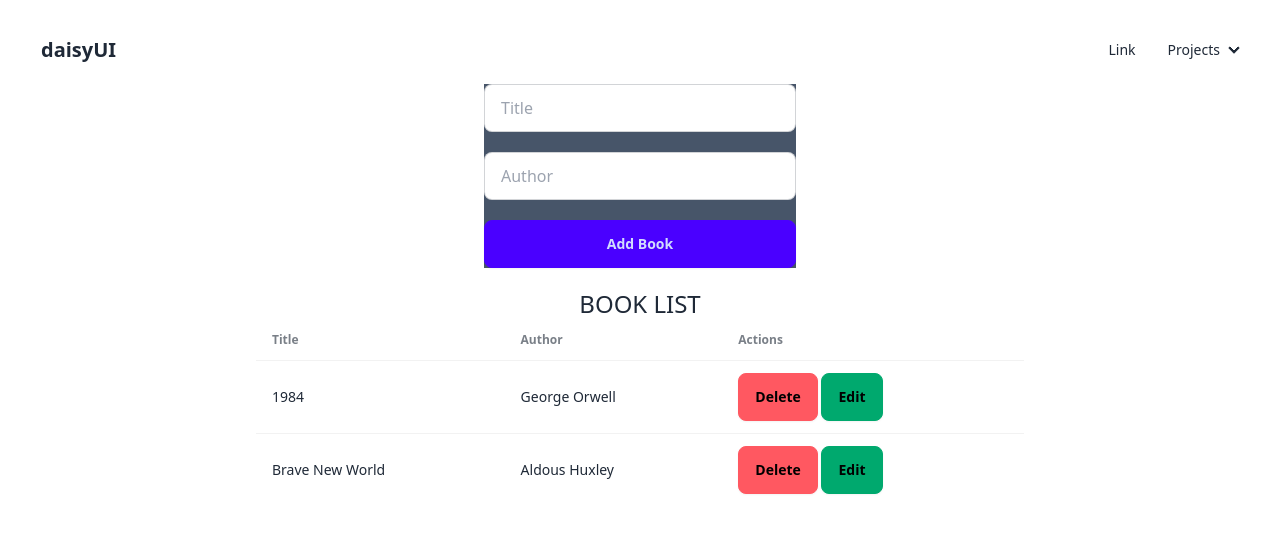
Repository: sibi24sibi/Crud-app-svelte
Page: /
These files come from the project's save history. The page is drawn as it stood at one moment and after the next save; the edit follows.
The browser window is 1280 px wide. The pictures show the whole page.
The project was rebuilt for these pictures with package versions that can differ from the ones it lists, and the page was loaded fresh each time. Also part of the build but not shown: svelte.config.js, vite.config.js.

Above is the page before, as saved 2024-06-30 19:10:14.

### index.html
<!doctype html>
<html lang="en" data-theme="light">
  <head>
    <meta charset="UTF-8" />
    <link rel="icon" type="image/svg+xml" href="/vite.svg" />
    <meta name="viewport" content="width=device-width, initial-scale=1.0" />
    <title>Vite + Svelte</title>
  </head>
  <body>
    <div id="app"></div>
    <script type="module" src="/src/main.js"></script>
  </body>
</html>

### src/App.svelte
<script>
  import Navbar from "./Components/Navbar.svelte";

  import AddBook from "./Components/AddBook.svelte";
  import BookList from "./Components/BookList.svelte";
</script>

<main>
  <Navbar />

  <AddBook />
  <BookList />
</main>

<style>
  main {
    text-align: center;
    padding: 1em;
    margin: 0 auto;
  }
</style>

### src/Components/Navbar.svelte
<script></script>

<body>
  <div class="navbar bg-base-100">
    <div class="flex-1">
      <a class="btn btn-ghost text-xl">daisyUI</a>
    </div>
    <div class="flex-none">
      <ul class="menu menu-horizontal px-1">
        <li><a>Link</a></li>
        <li>
          <details>
            <summary>Projects</summary>
            <ul class="bg-base-100 rounded-t-none p-2">
              <li><a>Video player</a></li>
              <li><a>data entry</a></li>
            </ul>
          </details>
        </li>
      </ul>
    </div>
  </div>
</body>

<style>
</style>

### src/Components/AddBook.svelte
<script>
  import { books } from "./BookStore.js";
  let title = "";
  let author = "";

  function addBook() {
    books.update((items) => [
      ...items,
      { id: items.length ? items[items.length - 1].id + 1 : 1, title, author },
    ]);
    title = "";
    author = "";
  }
</script>

<div class="flex flex-col mx-auto gap-5 bg-slate-600 w-1/4">
  <input
    placeholder="Title"
    class="input input-bordered w-full max-w-xs"
    bind:value={title}
  />
  <input
    placeholder="Author"
    class="input input-bordered w-full max-w-xs"
    bind:value={author}
  />
  <button class="btn btn-primary w-sm" {addBook}>Add Book</button>
</div>

### src/Components/BookList.svelte
<script>
  import { books } from "./BookStore.js";
  let editableBook = null;

  function deleteBook(id) {
    books.update((items) => items.filter((item) => item.id !== id));
  }

  function editBook(book) {
    editableBook = { ...book };
  }

  function saveEdit() {
    books.update((items) =>
      items.map((item) => (item.id === editableBook.id ? editableBook : item))
    );
    editableBook = null;
  }
</script>

<div class="overflow-x-auto max-w-3xl mx-auto my-5">
  <h1 class="text-2xl uppercase">Book List</h1>
  <table class="table">
    <thead>
      <tr>
        <th>Title</th>
        <th>Author</th>
        <th>Actions</th>
      </tr>
    </thead>
    <tbody>
      {#each $books as book}
        <tr>
          {#if editableBook && editableBook.id === book.id}
            <td
              ><input
                class="input input-bordered"
                bind:value={editableBook.title}
              /></td
            >

            <td>
              <input
                class="input input-bordered"
                bind:value={editableBook.author}
              /></td
            >
            <td>
              <button class="btn btn-primary" on:click={saveEdit}>Save</button
              ></td
            >
          {:else}
            <td>{book.title} </td> <td> {book.author} </td>
            <td
              ><button
                class="btn btn-error"
                on:click={() => deleteBook(book.id)}>Delete</button
              >
              <button class="btn btn-success" on:click={() => editBook(book)}
                >Edit</button
              ></td
            >
          {/if}
        </tr>
      {/each}
    </tbody>
  </table>
</div>

### src/Components/BookStore.js
import { writable } from "svelte/store";

export const books = writable([
  { id: 1, title: "1984", author: "George Orwell" },
  { id: 2, title: "Brave New World", author: "Aldous Huxley" },
]);

### tailwind.config.js
/** @type {import('tailwindcss').Config} */
export default {
  content: ["./index.html", "./src/**/*.{svelte,js,ts,jsx,tsx}"],
  theme: {
    extend: {},
  },
  plugins: [require("daisyui")],
};

Loaded but not shown: src/main.js (common file); src/app.css (common file)

After the next save:
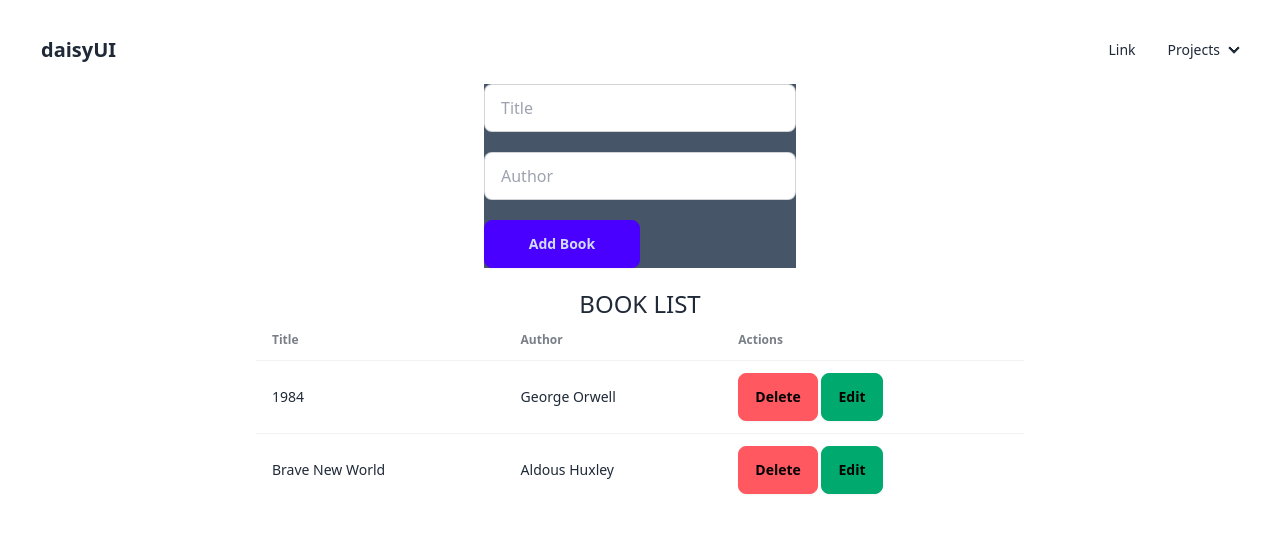
Saved 8 s later.
--- a/src/Components/AddBook.svelte
+++ b/src/Components/AddBook.svelte
@@ -24,5 +24,5 @@
     class="input input-bordered w-full max-w-xs"
     bind:value={author}
   />
-  <button class="btn btn-primary w-sm" {addBook}>Add Book</button>
+  <button class="btn btn-primary w-1/2" {addBook}>Add Book</button>
 </div>
